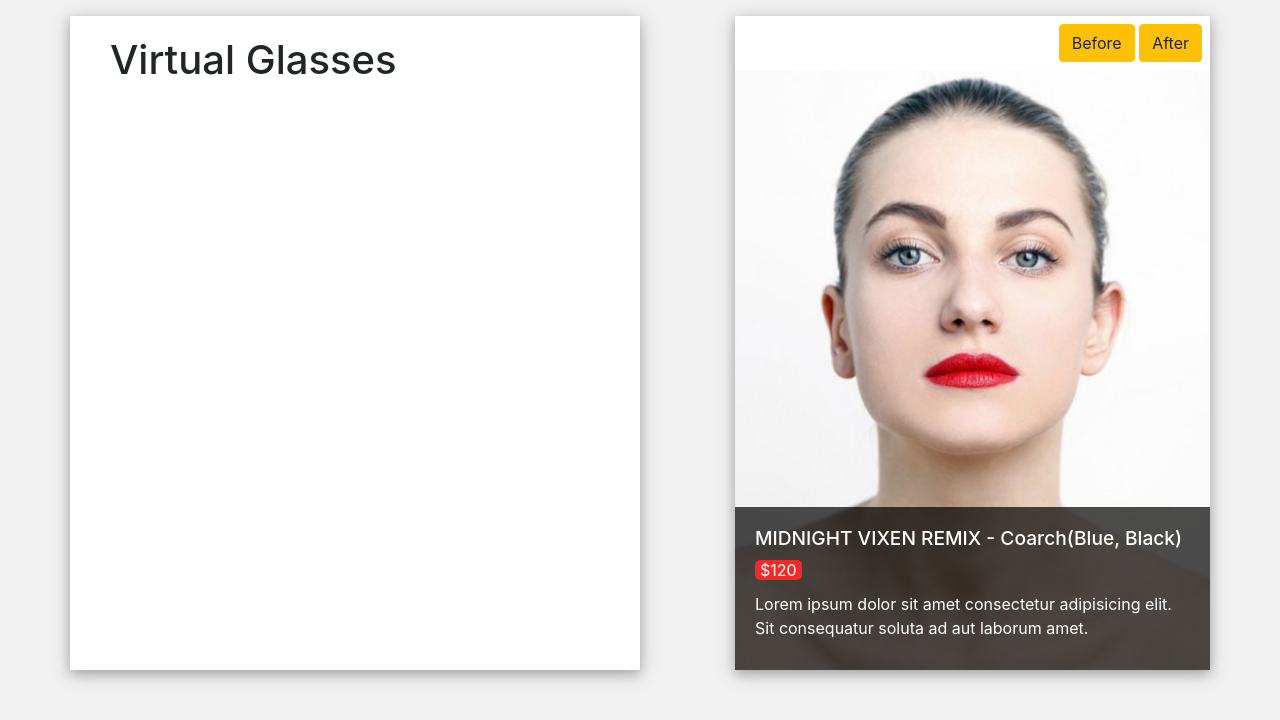
Repository: Khoi300399/BC35E_ES6_B2_MaThanhKhoi
Page: index.html
These files come from the project's save history. The page is drawn as it stood at one moment and after the next save; the edit follows.
The browser window is 1280 px wide. The pictures show the whole page.

Above is the page before, as saved 2022-10-23 21:54:03.

After the next save:
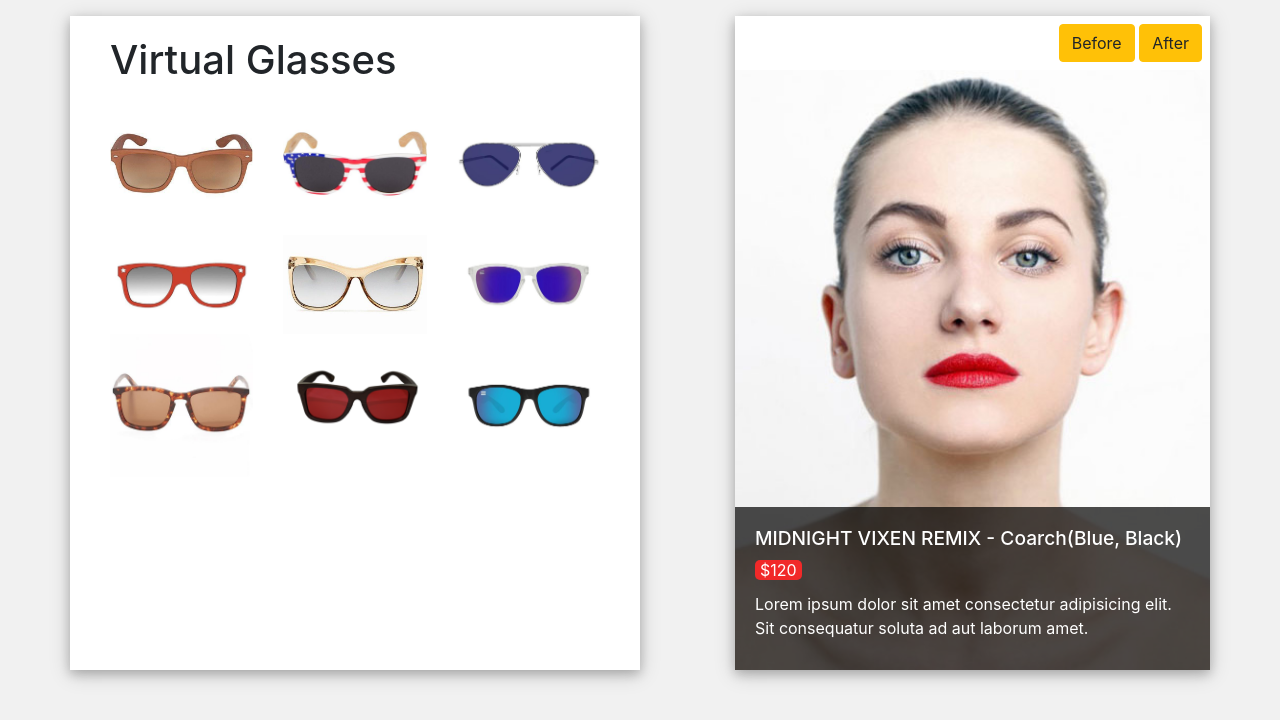
Saved 2 min 37 s later.
--- a/js/main.js
+++ b/js/main.js
@@ -97,7 +97,7 @@ let dataGlasses = [
   },
 ];
 
-let renderGlassesList = () => {
+(() => {
   let contentHTMl = dataGlasses.reduce((content, arr) => {
     return (content += `
 <div class="col-4 .vglasses__items">
@@ -106,7 +106,7 @@ let renderGlassesList = () => {
 `);
   }, "");
   document.querySelector("#vglassesList").innerHTML = contentHTMl;
-};
+})();
 
 window.clickImage = (id) => {};
 
